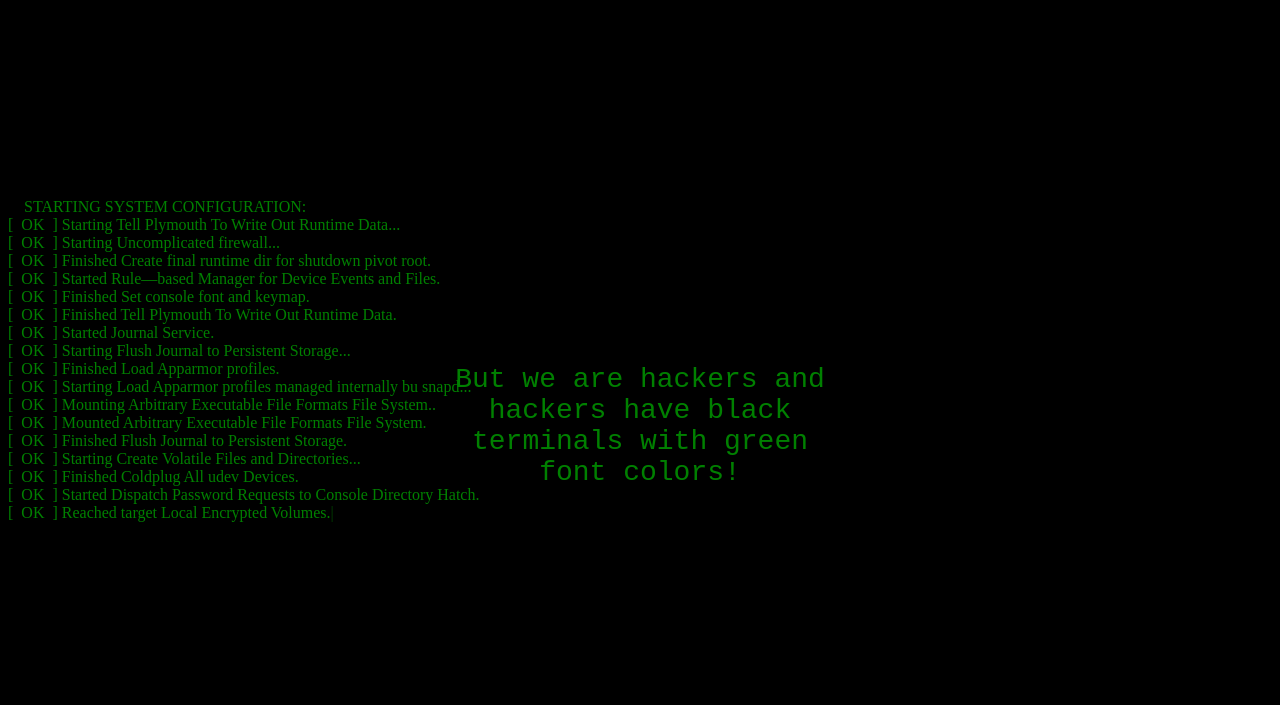
Repository: Dylennium/New-Site
Page: index.html
These files come from the project's save history. The page is drawn as it stood at one moment and after the next save; the edit follows.
The browser window is 1280 px wide. The pictures show the whole page.

Above is the page before, as saved 2023-04-28 17:05:42.

### index.html
<!DOCTYPE html>
<html lang="en">
<head>
    <meta charset="UTF-8">
    <meta http-equiv="X-UA-Compatible" content="IE=edge">
    <meta name="viewport" content="width=device-width, initial-scale=1.0">
    <link rel="stylesheet" href="css/style.css">

    <!-- Imports Typed.JS -->
    <script src="https://unpkg.com/typed.js@2.0.15/dist/typed.umd.js"></script>
    <title>Dylennium</title>
</head>
<body>
    <div class="info">
        <p>But we are hackers and <br> hackers have black <br> terminals with green <br> font colors!</p>
    </div>

<div class="element">
    <span id="loginblurb"></span>
</div>

<script>
    var lines=[
        "STARTING SYSTEM CONFIGURATION:",
"[  OK  ] Starting Tell Plymouth To Write Out Runtime Data...",
"[  OK  ] Starting Uncomplicated firewall...",
"[  OK  ] Finished Create final runtime dir for shutdown pivot root.",
"[  OK  ] Started Rule—based Manager for Device Events and Files.",
"[  OK  ] Finished Set console font and keymap.",
"[  OK  ] Finished Tell Plymouth To Write Out Runtime Data.",
"[  OK  ] Started Journal Service.",
"[  OK  ] Starting Flush Journal to Persistent Storage...",
"[  OK  ] Finished Load Apparmor profiles.",
"[  OK  ] Starting Load Apparmor profiles managed internally bu snapd...",
"[  OK  ] Mounting Arbitrary Executable File Formats File System..",
"[  OK  ] Mounted Arbitrary Executable File Formats File System.",
"[  OK  ] Finished Flush Journal to Persistent Storage.",
"[  OK  ] Starting Create Volatile Files and Directories...",
"[  OK  ] Finished Coldplug All udev Devices.",
"[  OK  ] Started Dispatch Password Requests to Console Directory Hatch.",
"[  OK  ] Reached target Local Encrypted Volumes.",
"[  OK  ] Finished Create Volatile Files and Directories.",
"[  OK  ] Starting Network Time Synchronization...",
"[  OK  ] Starting Record System Boot/Shutdown in UTMP...",
"[  OK  ] Started Authentication service for virtual machines hosted on VMware.",
"[  OK  ] Started Service for virtual machines hosted on VMware.",
"[  OK  ] Starting Initial cloud—init job (pre—networking)...",
"[  OK  ] Finished Record System Boot/Shutdown in UTMP.",
"[  OK  ] Finished Uncomplicated firewall.",
"[  OK  ] Started Network Time Synchronization.",
"[  OK  ] Reached target System Time Set.",
"[  OK  ] Finished Load Apparmor profiles managed internally by snapd.",
"[  OK  ] Finished Initial cloud—init job (ore—networking).",
"[  OK  ] Reached target Preparation for Network.",
"[  OK  ] Starting Network Configuration...",
"[  OK  ] Started Network Configuration.",
"[  OK  ] Starting wait for Network to be Configured...",
"[  OK  ] Starting Network Name Resolution..."
]
 var typed6 = new Typed('#loginblurb', {
    strings: [lines.map((line)=>`\`${line}\`^${Math.trunc(Math.random()*400+100)}`).join("\n")],

    loop: false,
    onComplete: (self) => {
        window.location.href = "/login.html"
    },
  });
</script>

</body>
</html>

### css/style.css
html{
    background-color: black;
}

.info p{
    font-size: 28px;
    color: green;
    font-family: 'Courier New', Courier, monospace;
    text-align:center;
    position: relative;
    top: 20ch;
}

.intro script{
    color: green;
}

.element {
    color: green;
        margin:10px auto;
        border-radius:5px;
        white-space: pre;

}

After the next save:
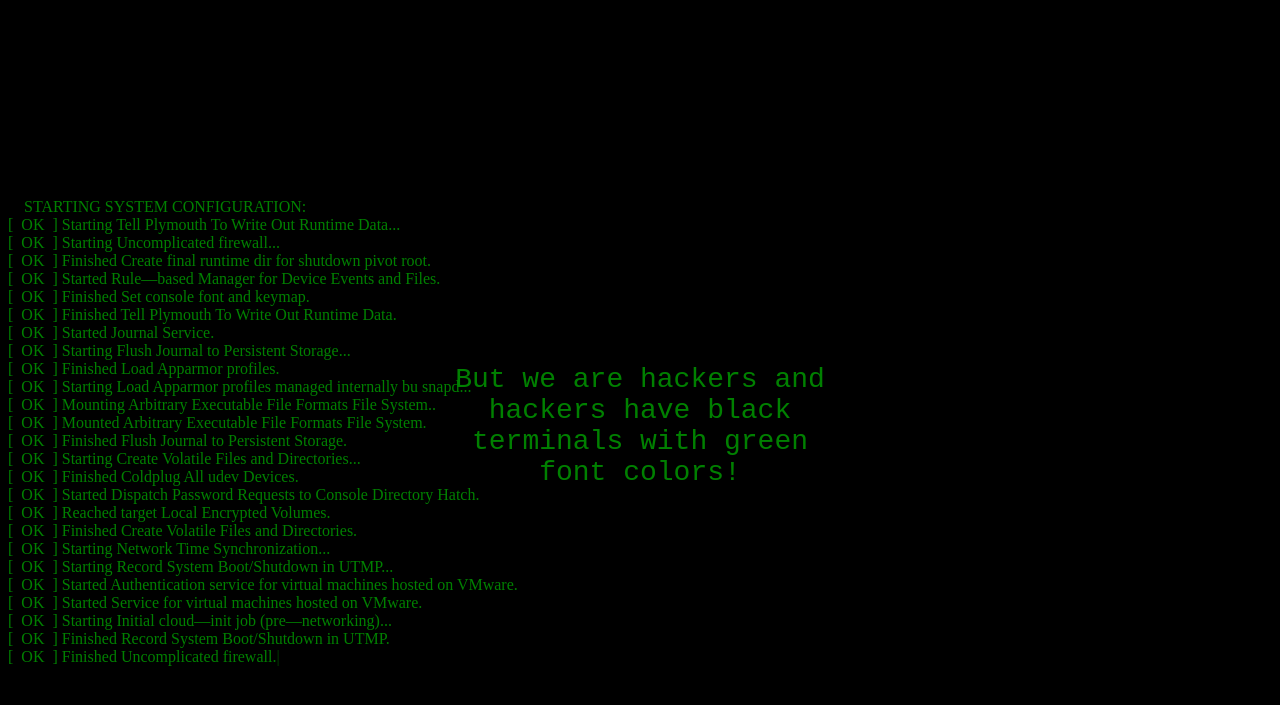
Saved 35 s later.
--- a/index.html
+++ b/index.html
@@ -58,7 +58,7 @@
 "[  OK  ] Starting Network Name Resolution..."
 ]
  var typed6 = new Typed('#loginblurb', {
-    strings: [lines.map((line)=>`\`${line}\`^${Math.trunc(Math.random()*400+100)}`).join("\n")],
+    strings: [lines.map((line)=>`\`${line}\`^${Math.trunc(Math.random()*200+100)}`).join("\n")],
 
     loop: false,
     onComplete: (self) => {
